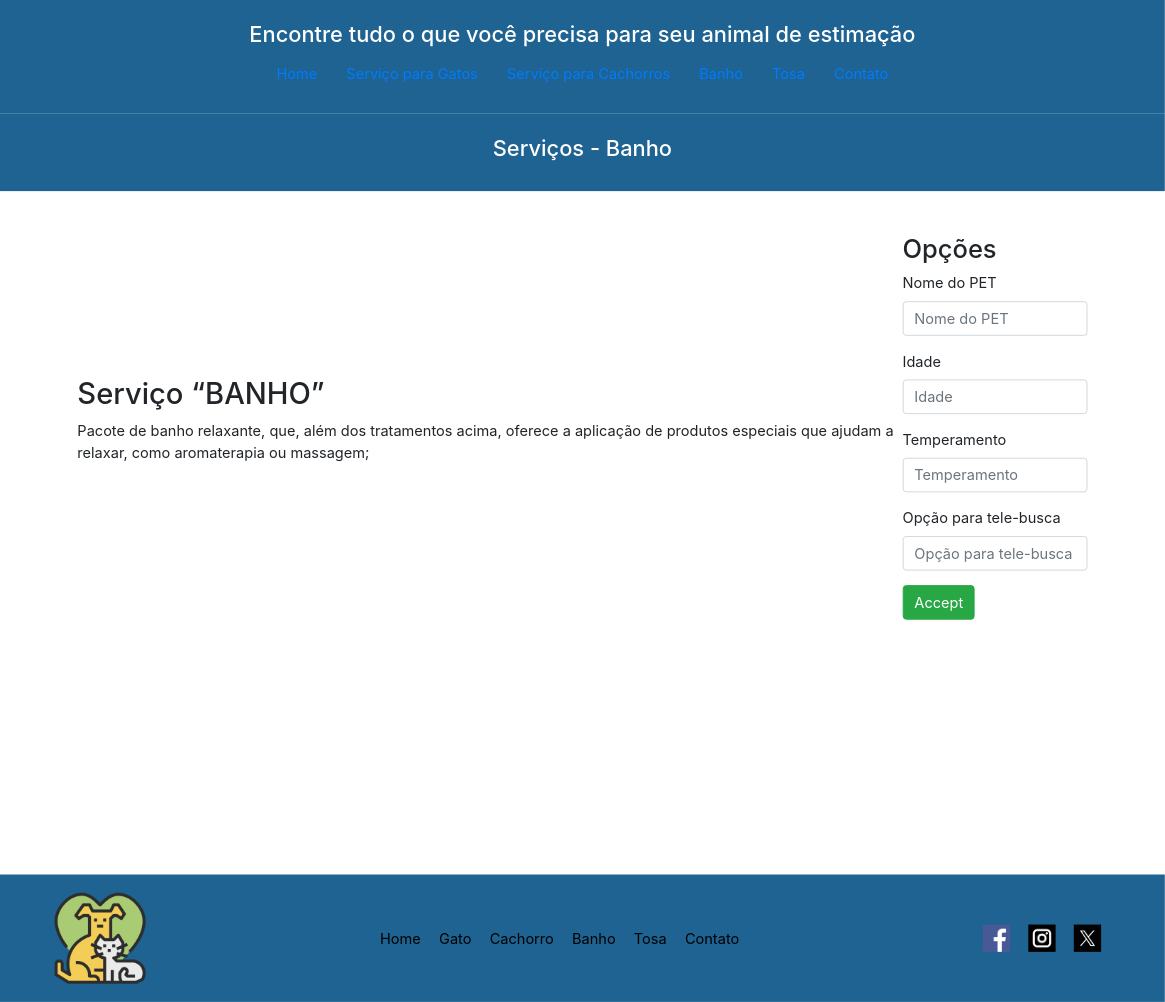
Repository: graeff01/petshop-project
Page: banho.html
The author's editor kept a copy of each file at every save. The page is drawn from the files as they stood at one save, then again after the next save.
The browser window is 1280 px wide. The pictures show the whole page, at 91% of full size.

Above is the page before, as saved 2024-09-18 11:50:42.

### banho.html
<!DOCTYPE html>
<html lang="en">
<head>
    <meta charset="UTF-8">
    <meta name="viewport" content="width=device-width, initial-scale=1.0">
    <title>PetShop - Serviço - Banho</title>
    <link rel="stylesheet" href="css/bt.css">
    <link href="https://maxcdn.bootstrapcdn.com/bootstrap/4.5.2/css/bootstrap.min.css" rel="stylesheet">
</head>
<!-- Cabeçalho com menu de navegação -->
<header class="blue-background text-center p-4">
    <h1>Encontre tudo o que você precisa para seu animal de estimação</h1>
    <nav>
        <ul class="nav justify-content-center">
            <li class="nav-item">
                <a class="nav-link active" href="index.html">Home</a>
            </li>
            <li class="nav-item">
                <a class="nav-link" href="gato.html">Serviço para Gatos</a>
            </li>
            <li class="nav-item">
                <a class="nav-link" href="dog.html">Serviço para Cachorros</a>
            </li>
            <li class="nav-item">
                <a class="nav-link" href="banho.html">Banho</a>
            </li>
            <li class="nav-item">
                <a class="nav-link" href="tosa.html">Tosa</a>
            </li>
            <li class="nav-item">
                <a class="nav-link" href="contato.html">Contato</a>
            </li>
        </ul>
    </nav>
</header>
<body>
    <header class="blue-background text-center p-4">
        <h1>Serviços - Banho</h1>
    </header>
    <main class="container mt-5">
        <div class="d-flex justify-content-between align-items-center">
            <div class="service-description">
                <h2>Serviço “BANHO”</h2>
                <p>Pacote de banho relaxante, que, além dos tratamentos acima, oferece a aplicação de produtos especiais que ajudam a relaxar, como aromaterapia ou massagem;</p>
            </div>
            <div class="service-form">
                <h3>Opções</h3>
                <form>
                    <div class="form-group">
                        <label for="pet-name">Nome do PET</label>
                        <input type="text" class="form-control" id="pet-name" placeholder="Nome do PET">
                    </div>
                    <div class="form-group">
                        <label for="pet-age">Idade</label>
                        <input type="text" class="form-control" id="pet-age" placeholder="Idade">
                    </div>
                    <div class="form-group">
                        <label for="pet-temperament">Temperamento</label>
                        <input type="text" class="form-control" id="pet-temperament" placeholder="Temperamento">
                    </div>
                    <div class="form-group">
                        <label for="pickup-option">Opção para tele-busca</label>
                        <input type="text" class="form-control" id="pickup-option" placeholder="Opção para tele-busca">
                    </div>
                    <button type="submit" class="btn btn-success">Accept</button>
                </form>
            </div>
        </div>
    </main>
    <footer class="footer">
        <div class="footer-container">
            <div class="footer-left">
                <img src="img/logo.png" alt="PetShop Logo" class="footer-logo">
            </div>
            <div class="footer-center">
                <ul class="footer-links">
                    <li><a href="/index.html">Home</a></li>
                    <li><a href="/gato.html">Gato</a></li>
                    <li><a href="/dog.html">Cachorro</a></li>
                    <li><a href="/banho.html">Banho</a></li>
                    <li><a href="/tosa.html">Tosa</a></li>
                    <li><a href="/contato.html">Contato</a></li>
                </ul>
            </div>
            <div class="footer-right">
                <div class="social-icons">
                    <a href="#"><img src="img/face.png" alt="Facebook"></a>
                    <a href="#"><img src="img/insta.png" alt="Instagram"></a>
                    <a href="#"><img src="img/x.png" alt="Twitter"></a>
                </div>
            </div>
        </div>
    </footer>
    <script src="https://code.jquery.com/jquery-3.5.1.slim.min.js"></script>
    <script src="https://cdn.jsdelivr.net/npm/@popperjs/core@2.9.2/dist/umd/popper.min.js"></script>
    <script src="https://maxcdn.bootstrapcdn.com/bootstrap/4.5.2/js/bootstrap.min.js"></script>
</body>
</html>

### css/bt.css
/*dog.html */

body {
    font-family: Arial, sans-serif;
    margin: 0;
    padding: 0;
}

header.blue-background {
    background-color: #1e6391;
    color: white;
    padding: 20px 0;
    text-align: center;
    width: 100%;
    box-sizing: border-box;
}

header.blue-background h1 {

    font-size: 24px;
}


.footer {
    margin-top: 280px;
    background-color: #1e6391;
    padding: 20px 0;
    color: rgb(0, 0, 0);
    text-align: center;
    width: 100%;
}

.footer-container {
    display: flex;
    justify-content: space-between;
    align-items: center;
    max-width: 1200px;
    margin: 0 auto;
    padding: 0 20px;
    box-sizing: border-box;
}

.footer-left img {
    width: 100px;
}

.footer-center {
    flex: 1;
}

.footer-links {
    list-style-type: none;
    padding: 0;
    margin: 0;
    display: flex;
    justify-content: center;
}

.footer-links li {
    margin: 0 10px;
}

.footer-links a {
    color: rgb(0, 0, 0);
    text-decoration: none;
    font-size: 16px;
}

.footer-links a:hover {
    text-decoration: underline;
}

.footer-right .social-icons {
    display: flex;
    justify-content: center;
}

.footer-right .social-icons a {
    margin: 0 10px;
}

.footer-right .social-icons img {
    width: 30px;
    height: 30px;
}

After the next save:
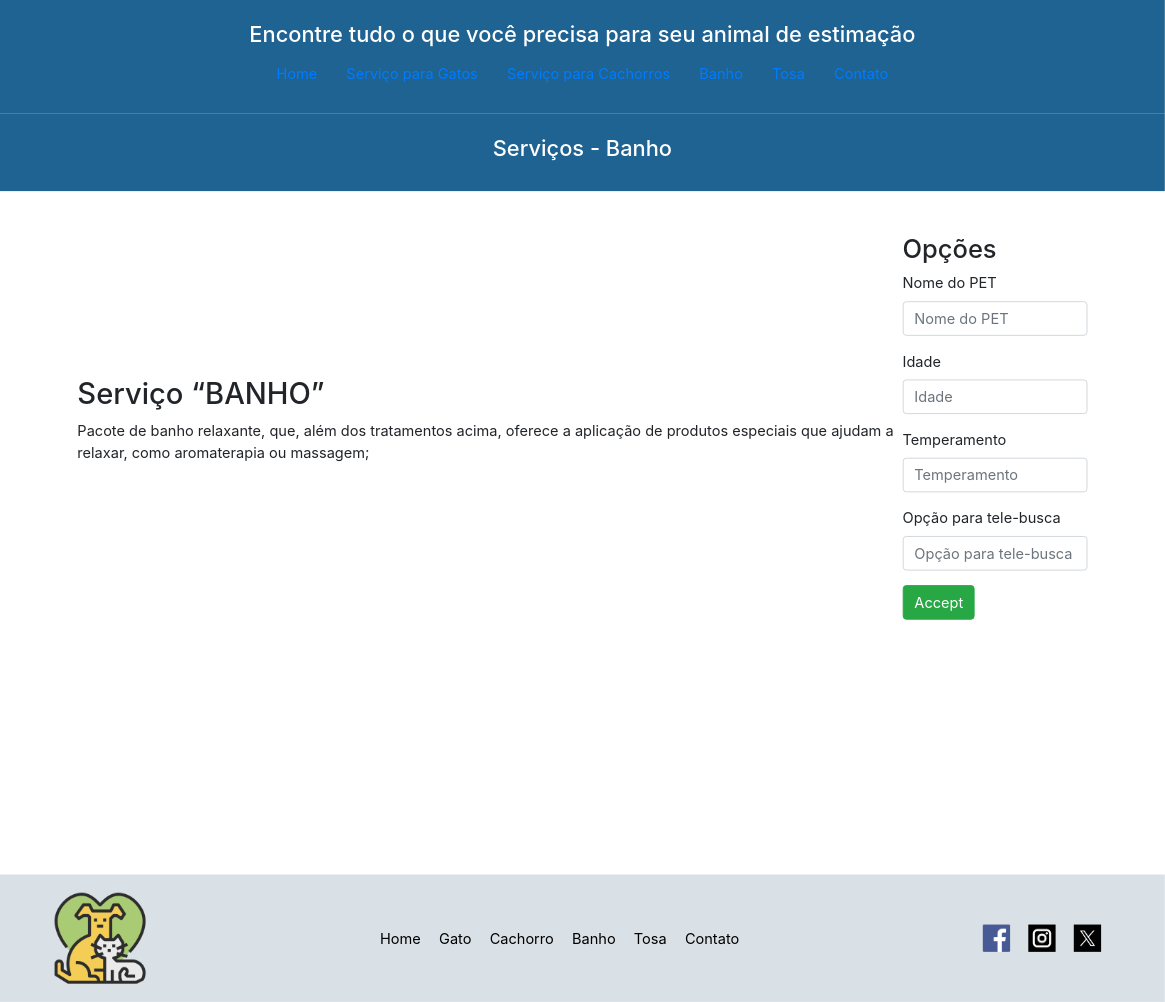
Saved 16 s later.
--- a/css/bt.css
+++ b/css/bt.css
@@ -23,7 +23,7 @@
 
 .footer {
     margin-top: 280px;
-    background-color: #1e6391;
+    background-color: #dae1e6;
     padding: 20px 0;
     color: rgb(0, 0, 0);
     text-align: center;

After the save that followed:
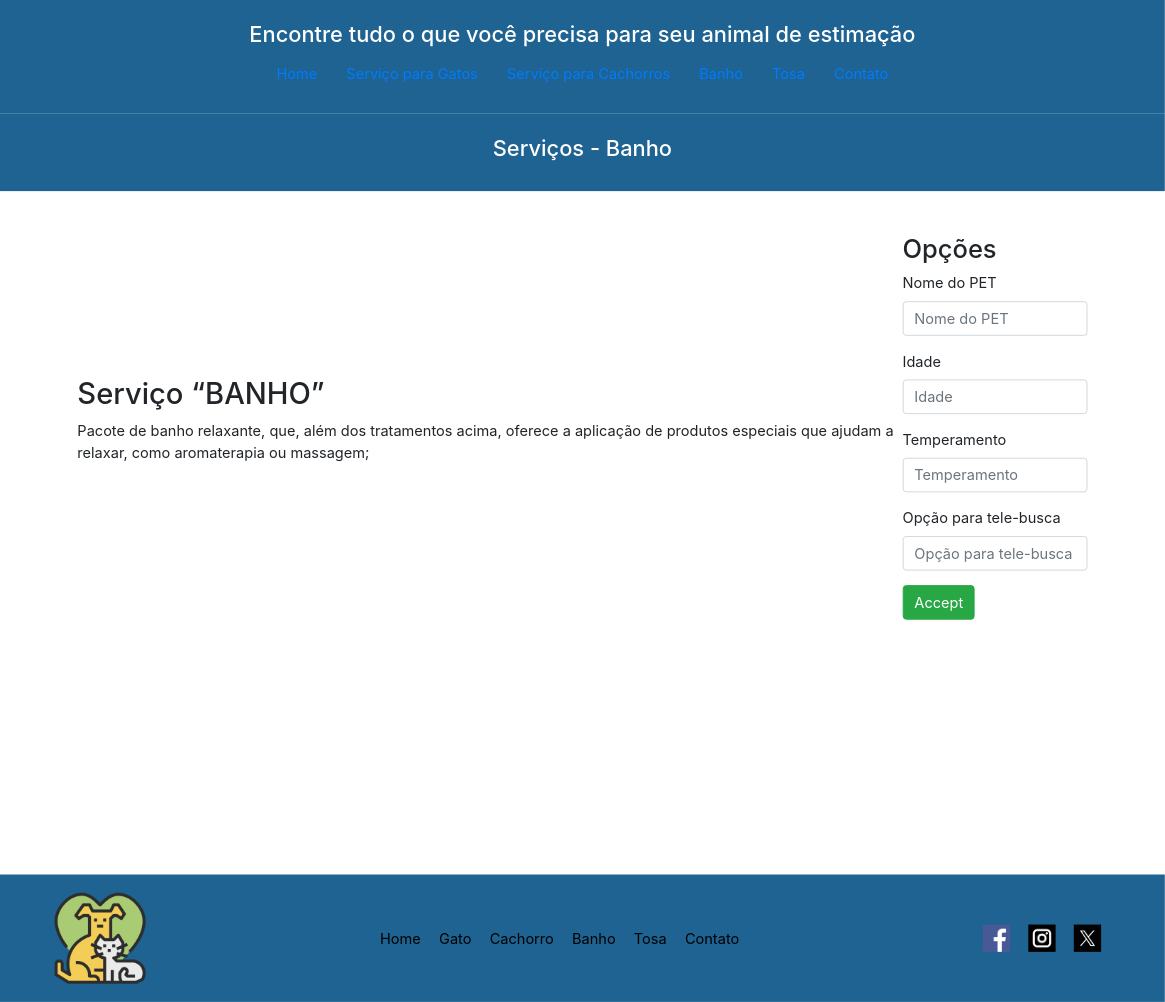
Saved 4 s later.
--- a/css/bt.css
+++ b/css/bt.css
@@ -23,7 +23,7 @@
 
 .footer {
     margin-top: 280px;
-    background-color: #dae1e6;
+    background-color: #1e6391;
     padding: 20px 0;
     color: rgb(0, 0, 0);
     text-align: center;
